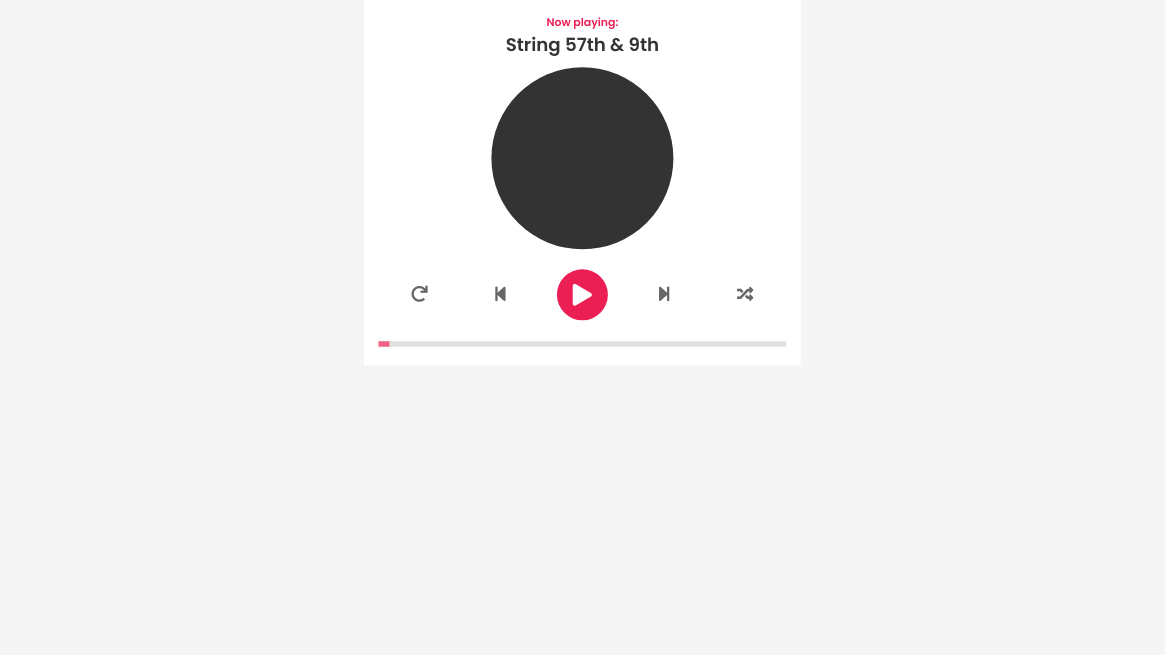
Repository: esplen74/Music
Page: music.html
These files come from the project's save history. The page is drawn as it stood at one moment and after the next save; the edit follows.
The browser window is 1280 px wide. The pictures show the whole page, at 91% of full size.
Pictures or frames that could not be fetched are drawn as grey boxes.

Above is the page before, as saved 2021-11-02 10:33:36.
Console error: SyntaxError: Unexpected identifier 'start'

### music.html
<!DOCTYPE html>
<html lang="en">
  <head>
    <meta charset="UTF-8" />
    <meta http-equiv="X-UA-Compatible" content="IE=edge" />
    <meta name="viewport" content="width=device-width, initial-scale=1.0" />
    <title>music</title>
    <link rel="stylesheet" href="music.css" />
  </head>
  <body>
    <meta name="viewport" content="width=device-width, initial-scale=1.0" />
    <title>Music player</title>
    <link
      rel="stylesheet"
      href="https://cdnjs.cloudflare.com/ajax/libs/font-awesome/5.15.2/css/all.min.css"
      integrity="sha512-HK5fgLBL+xu6dm/Ii3z4xhlSUyZgTT9tuc/hSrtw6uzJOvgRr2a9jyxxT1ely+B+xFAmJKVSTbpM/CuL7qxO8w=="
      crossorigin="anonymous"
    />
    <link rel="preconnect" href="https://fonts.gstatic.com" />
    <link
      href="https://fonts.googleapis.com/css2?family=Poppins:wght@300;400;600&display=swap"
      rel="stylesheet"
    />

    <div class="player">
      <!-- Dashboard -->
      <div class="dashboard">
        <!-- Header -->
        <header>
          <h4>Now playing:</h4>
          <h2>String 57th & 9th</h2>
        </header>

        <!-- CD -->
        <div class="cd">
          <div class="cd-thumb"></div>
        </div>

        <!-- Control -->
        <div class="control">
          <div class="btn btn-repeat">
            <i class="fas fa-redo"></i>
          </div>
          <div class="btn btn-prev">
            <i class="fas fa-step-backward"></i>
          </div>
          <div class="btn btn-toggle-play">
            <i class="fas fa-pause icon-pause"></i>
            <i class="fas fa-play icon-play"></i>
          </div>
          <div class="btn btn-next">
            <i class="fas fa-step-forward"></i>
          </div>
          <div class="btn btn-random">
            <i class="fas fa-random"></i>
          </div>
        </div>

        <input
          id="progress"
          class="progress"
          type="range"
          value="0"
          step="1"
          min="0"
          max="100"
        />

        <audio id="audio" src=""></audio>
      </div>

      <!-- Playlist -->
      <div class="playlist"></div>
    </div>


    <!-- Design from: https://static.collectui.com/shots/3671744/musicloud-revolutionary-app-for-music-streaming-large -->

    <script src="music.js"></script>
  </body>
</html>

### music.css
:root {
  --primary-color: #ec1f55;
  --text-color: #333;
}

* {
  padding: 0;
  margin: 0;
  box-sizing: inherit;
}

body {
  background-color: #f5f5f5;
}

html {
  box-sizing: border-box;
  font-family: "Poppins", sans-serif;
}

.player {
  position: relative;
  max-width: 480px;
  margin: 0 auto;
}

.player .icon-pause {
  display: none;
}

.player.playing .icon-pause {
  display: inline-block;
}

.player.playing .icon-play {
  display: none;
}

.dashboard {
  padding: 16px 16px 14px;
  background-color: #fff;
  position: fixed;
  top: 0;
  width: 100%;
  max-width: 480px;
  border-bottom: 1px solid #ebebeb;
}

/* HEADER */
header {
  text-align: center;
  margin-bottom: 10px;
}

header h4 {
  color: var(--primary-color);
  font-size: 12px;
}

header h2 {
  color: var(--text-color);
  font-size: 20px;
}

/* CD */
.cd {
  display: flex;
  margin: auto;
  width: 200px;
}

.cd-thumb {
  width: 100%;
  padding-top: 100%;
  border-radius: 50%;
  background-color: #333;
  background-size: cover;
  margin: auto;
}

/* CONTROL */
.control {
  display: flex;
  align-items: center;
  justify-content: space-around;
  padding: 18px 0 8px 0;
}

.control .btn {
  color: #666;
  padding: 18px;
  font-size: 18px;
}

.control .btn.active {
  color: var(--primary-color);
}

.control .btn-toggle-play {
  width: 56px;
  height: 56px;
  border-radius: 50%;
  font-size: 24px;
  color: #fff;
  display: flex;
  align-items: center;
  justify-content: center;
  background-color: var(--primary-color);
}

.progress {
  width: 100%;
  -webkit-appearance: none;
  height: 6px;
  background: #d3d3d3;
  outline: none;
  opacity: 0.7;
  -webkit-transition: 0.2s;
  transition: opacity 0.2s;
}

.progress::-webkit-slider-thumb {
  -webkit-appearance: none;
  appearance: none;
  width: 12px;
  height: 6px;
  background-color: var(--primary-color);
  cursor: pointer;
}

/* PLAYLIST */
.playlist {
  margin-top: 408px;
  padding: 12px;
}

.song {
  display: flex;
  align-items: center;
  margin-bottom: 12px;
  background-color: #fff;
  padding: 8px 16px;
  border-radius: 5px;
  box-shadow: 0 2px 3px rgba(0, 0, 0, 0.1);
}

.song.active {
  background-color: var(--primary-color);
}

.song:active {
  opacity: 0.8;
}

.song.active .option,
.song.active .author,
.song.active .title {
  color: #fff;
}

.song .thumb {
  width: 44px;
  height: 44px;
  border-radius: 50%;
  background-size: cover;
  margin: 0 8px;
}

.song .body {
  flex: 1;
  padding: 0 16px;
}

.song .title {
  font-size: 18px;
  color: var(--text-color);
}

.song .author {
  font-size: 12px;
  color: #999;
}

.song .option {
  padding: 16px 8px;
  color: #999;
  font-size: 18px;
}

### music.js
// 1. Render songs
// 2. Scroll top
// 3. play/ pause
// 4. Cd rotate
// 5.Next / Prev
// 6. Random
// 7. Next / repeat when enabe
// 8. Active song
// 9. Scroll active song into view
// 10. Play song when click

const $ = document.querySelector.bind(document);
const $$ = document.querySelectorAll.bind(document);
const cd = $(".cd");

const playlist = $(".playlist");

const app = {
  currentIndex: 0,
  songs: [
    {
      name: "Cưới Đi",
      singer: "2T, ChangC",
      path: "./music/song1.mp3",
      image:
        "https://avatar-ex-swe.nixcdn.com/song/2020/08/27/8/e/c/f/1598516178659_500.jpg",
    },
    {
      name: "Sài Gòn Đau Lòng Quá",
      singer: " Hứa Kim Tuyền",
      path: "./music/song2.mp3",
      image:
        "https://avatar-ex-swe.nixcdn.com/song/2021/03/27/d/2/9/1/1616859493571_500.jpg",
    },
    {
      name: "Một Mình Có Buồn Không",
      singer: "Thiều Bảo Trâm, Lou Hoàng",
      path: "./music/song3.mp3",
      image:
        "https://avatar-ex-swe.nixcdn.com/song/2020/10/19/f/5/8/c/1603078556165_500.jpg",
    },
    {
      name: "Lỡ Say Bye Là Bye",
      singer: "Lemese, Changg",
      path: "./music/song4.mp3",
      image:
        "https://avatar-ex-swe.nixcdn.com/song/2021/01/21/5/c/9/9/1611199600529_500.jpg",
    },
    {
      name: "Hương",
      singer: "Văn Mai Hương, Negav",
      path: "./music/song5.mp3",
      image:
        "https://avatar-ex-swe.nixcdn.com/song/2021/01/22/9/f/2/1/1611280898757_500.jpg",
    },
    {
      name: "Damn",
      singer: "Raftaar x kr$na",
      path: "./music/song6.mp3",
      image:
        "https://scontent.fdad4-1.fna.fbcdn.net/v/t1.6435-9/219394223_1466851590333701_3606370075101924204_n.jpg?_nc_cat=104&ccb=1-5&_nc_sid=09cbfe&_nc_ohc=CoR4g8AuzJUAX_UiqJh&_nc_ht=scontent.fdad4-1.fna&oh=9598a236af99117130ccc35f10837aea&oe=61A56E8B",
    },
    {
      name: "Cưới Thôi",
      singer: " Masew, Masiu, B Ray, V.A",
      path: "./music/song7.mp3",
      image:
        "https://avatar-ex-swe.nixcdn.com/song/2021/09/09/f/c/f/d/1631181753902_500.jpg",
    },
    {
      name: "Dịu Dàng Là Ngày Em Đến",
      singer: " ERIK, NinjaZ",
      path: "./music/song8.mp3",
      image:
        "https://avatar-ex-swe.nixcdn.com/song/2021/08/30/2/1/a/e/1630307726211_500.jpg",
    },
  ],
  render: function () {
    const htmls = this.songs.map((song) => {
      return `
      <div class="song ">
          <div class="thumb"
              style="background-image: url('${song.image}')">
          </div>
          <div class="body">
              <h3 class="title">${song.name}</h3>
              <p class="author">${song.singer}</p>
          </div>
          <div class="option">
              <i class="fas fa-ellipsis-h"></i>
          </div>
      </div>
      `;
    });
    playlist.innerHTML = htmls.join("");
  },
  defineProperties: function () {
    Object.defineProperty(this, "currentSong", {
      get: function () {
        return this.songs[this.currentIndex];
      },
    });
  },
  handleEvents: function () {

    const cdWidth = cd.offsetWidth;
    document.onscroll = function () {
      const scrollTop = window.scrollY || document.documentElement.scrollTop;
      const newCdWidth = cdWidth - scrollTop;

      cd.style.width = newCdWidth > 0 ? newCdWidth + "px" : 0;
      cd.style.opacity = newCdWidth / cdWidth;
    };
  },
  loadCurrentSong : function() {
    const heading = $("header h2");
    const cdThumb = $(".cd-thumb");
    const audio = $("#audio");
    heading.textContent = this.currentSong.name;
    cdThumb.style.backgroundImage = `url(${this.currentSong.image})`;

  },
  playMusic: function() {

  }
  start: function () {
    //định nghĩa cho các thuộc tính cho object
    this.defineProperties();

    // lắng nghe / xử lí các sự kiện
    this.handleEvents();

    //tải thông tin bài hát
    this.loadCurrentSong();

    this.render();
  },
};
app.start();

After the next save:
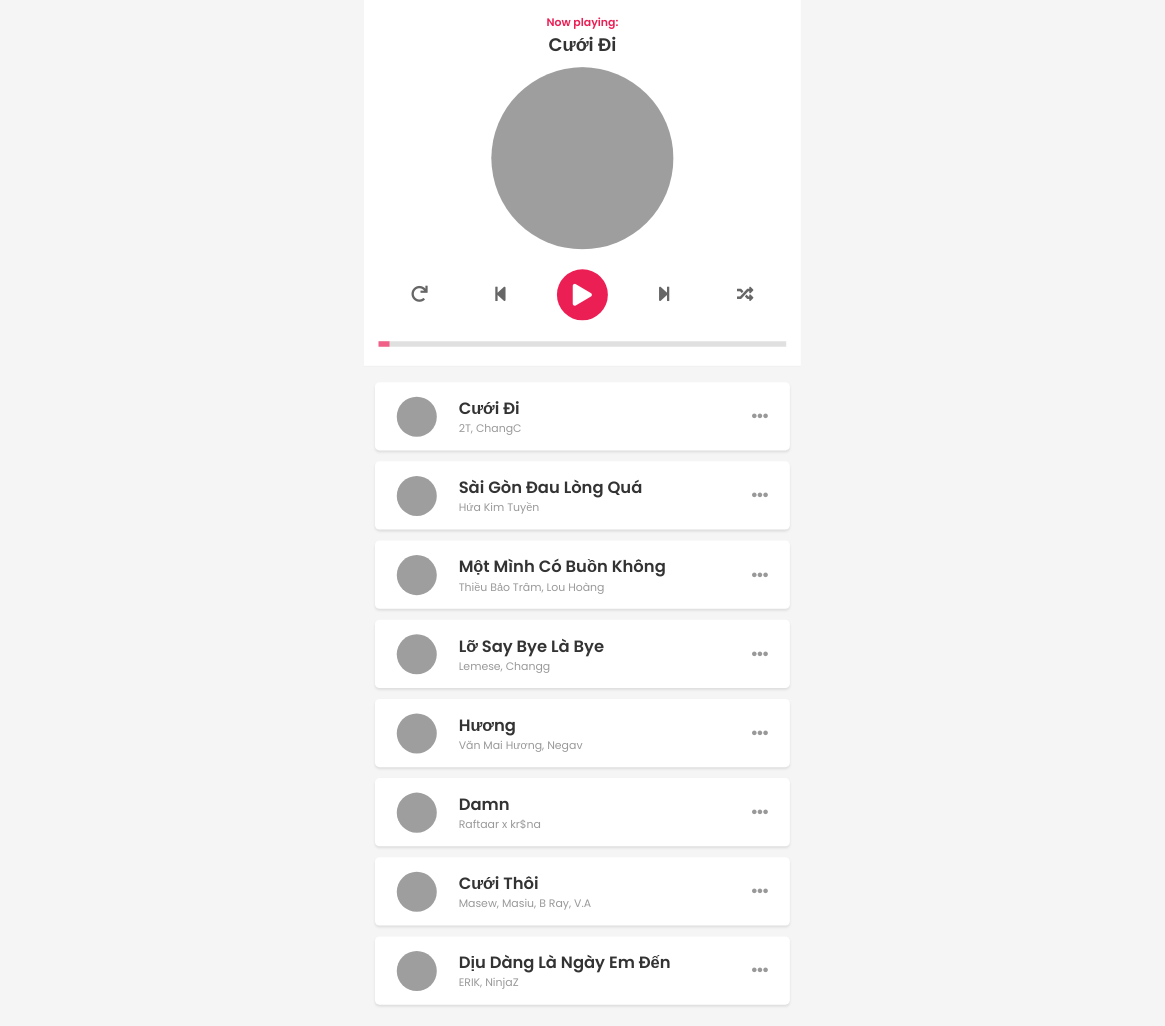
The error is gone.
Saved 9 s later.
--- a/music.js
+++ b/music.js
@@ -120,9 +120,7 @@
     cdThumb.style.backgroundImage = `url(${this.currentSong.image})`;
 
   },
-  playMusic: function() {
 
-  }
   start: function () {
     //định nghĩa cho các thuộc tính cho object
     this.defineProperties();
